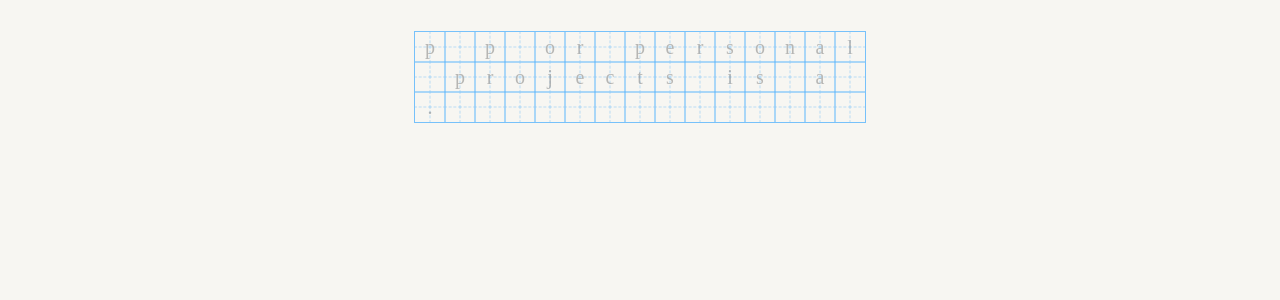
Repository: pyrcl090/p-p
Page: index.html
These files come from the project's save history. The page is drawn as it stood at one moment and after a run of saves; the edit follows.
The browser window is 1280 px wide. The pictures show the whole page.
The page's requests for data from a server got no answer. Some web fonts or font styles are not loaded; a fallback is used.

Above is the page before, as saved 2025-04-19 23:08:43.

### index.html
<!DOCTYPE html>
<html lang="en">
<head>
    <meta charset="UTF-8">
    <meta name="viewport" content="width=device-width, initial-scale=1.0">
    <title>P</title>
    <link rel="stylesheet" href="style.css">
</head>
<body>

    <div class="grid-wrapper">
        <div class="grid-border" id="grid-border">
          <!-- JavaScript will populate .grid-item elements here -->
        </div>
      </div>

        <!-- <div class="grid-wrapper">
          <div class="grid-container"></div>
          <div class="overlay-grid"></div>
        </div> -->

        <script src="script.js" async defer></script>
</body>
</html>

### style.css
@font-face {
  font-family: 'HMP';
  src: url("./assets/hiragino-maru-gothic-pron-w4.otf") format("truetype");
}

a {
  color: rgb(167, 151, 0);
  opacity: .5;
}

html, body {
  background-color: rgb(247, 246, 242);
  margin: 0;
  padding: 0;
  font-family: 'HMP';
}

body {

}

.grid-wrapper {
  padding: 2em;
  display: flex;
  justify-content: flex-start;
  align-items: center;
  flex-direction: column;
  width: 100%;
  min-height: 100vh;
  box-sizing: border-box;
}

.grid-border {
  display: flex;
  flex-direction: column;
  align-items: center;
  gap: 2em;
}

/* Inner container holding grid + overlay */
.grid-wrapper-inner {
  position: relative;
  display: inline-block;
  line-height: 0;
}

/* Grid background */
.grid-columns-rows {
  display: grid;
  grid-template-columns: repeat(15, 30px);
  grid-auto-rows: 30px;
  gap: 0;
  outline: 1px solid rgb(88, 181, 253);
  pointer-events: none;
  z-index: 1;
}

/* Each subcell (quad layout) */
.grid-columns-rows .grid-item {
  display: grid;
  grid-template-columns: repeat(2, 1fr);
  grid-template-rows: repeat(2, 1fr);
  width: 30px;
  height: 30px;
  outline: 0.5px solid rgb(88, 181, 253);
  opacity: 0.6;
}

.sub-cell {
  outline: 0.15px dashed rgb(88, 181, 253);
  opacity: 0.4;
  width: 100%;
  height: 100%;
}

/* Overlaid text */
.grid-content {
  display: grid;
  grid-template-columns: repeat(15, 30px);
  grid-auto-rows: 30px;
  gap: 0;
  position: absolute;
  top: 0;
  left: 0;
  z-index: 2;
}

.overlay-item {
  width: 30px;
  height: 30px;
  font-size: 20px;
  text-align: center;
  display: flex;
  justify-content: center;
  align-items: center;
  font-family: 'HMP';
  color: rgba(113, 113, 113, 0.6);
  line-height: 1;
  white-space: nowrap;
  pointer-events: auto;
}

.grid-image {
  width: 100%;  /* Ensure it fills the available width of the wrapper */
  display: block;  /* Block display to avoid inline issues */
  object-fit: contain;  /* Maintain aspect ratio and fit within the container */
  max-height: calc(30px * 10);  /* Ensure the image doesn't exceed the height of 5 rows */
  margin: 0; /* Remove any default margin */
  opacity: .8;
}

.grid-image-wrapper {
  display: flex;  /* Flexbox enables easy alignment of the image */
  justify-content: center;  /* Default alignment to center, you can change it via JS */
  align-items: center;  /* Vertically center the image */
  width: 100%;  /* Make sure it spans the full width of the grid column */
  height: calc(30px * 5);  /* Ensure it takes up exactly 5 rows in height */
}

.grid-item {
  display: flex;
  flex-direction: column;
  width: fit-content;
  opacity: .8;
}

.grid-item.channel-name {
  cursor: pointer;
}

.grid-item.channel-content {
  display: none;
}
/* .content-separator {
  grid-column: span 15;
  height: 30px;
} */

### script.js

const channels = [
  'p-pp-vz1bkeezvp0',
  'read-re_d-rode',
  'putaiinnnnn'
];

const gridBorder = document.getElementById('grid-border');
const cols = 15;
const cellSize = 30;
let currentlyOpenId = null;
const loadedChannels = new Set();

// Optional menu content
const menuItems = [
  {
    content: "p p or personal projects is a ."
  }
];

function createGridStructure(numItems) {
  const grid = document.createElement('div');
  grid.className = 'grid-columns-rows';
  const rows = Math.ceil(numItems / cols);
  const totalCells = rows * cols;

  for (let i = 0; i < totalCells; i++) {
    const cell = document.createElement('div');
    cell.className = 'grid-item';

    for (let j = 0; j < 4; j++) {
      const sub = document.createElement('div');
      sub.className = 'sub-cell';
      cell.appendChild(sub);
    }

    grid.appendChild(cell);
  }

  return grid;
}

function createOverlayItem(char, isLink = false, href = '') {
  const div = document.createElement('div');
  div.className = 'overlay-item';

  if (isLink) {
    const a = document.createElement('a');
    a.href = href;
    a.target = '_blank';
    a.textContent = char;
    a.style.textDecoration = 'none';
    a.style.color = 'inherit';
    div.appendChild(a);
  } else {
    div.textContent = char;
  }

  return div;
}

function addTextBlock(text, container) {
  for (const char of text) {
    const div = createOverlayItem(char);
    container.appendChild(div);
  }

  const remainder = text.length % cols;
  if (remainder !== 0) {
    for (let i = 0; i < cols - remainder; i++) {
      container.appendChild(document.createElement('div'));
    }
  }
}

function createMenuItem(menuData) {
  const textContent = menuData.content;

  const contentItem = document.createElement('div');
  contentItem.className = 'grid-item channel-content';
  contentItem.style.display = 'block'; // Always visible

  const contentGrid = createGridStructure(textContent.length);
  const contentOverlay = document.createElement('div');
  contentOverlay.className = 'grid-content';

  addTextBlock(textContent, contentOverlay);

  const contentWrapper = document.createElement('div');
  contentWrapper.className = 'grid-wrapper-inner';
  contentWrapper.appendChild(contentGrid);
  contentWrapper.appendChild(contentOverlay);

  contentItem.appendChild(contentWrapper);
  gridBorder.appendChild(contentItem);
}

function fillChannelContent(contentEl, slug) {
  console.log('Fetching content for channel:', slug);
  fetch(`https://api.are.na/v2/channels/${slug}?per=100`)
    .then(res => res.json())
    .then(data => {
      let totalCells = 0;

      if (data.metadata?.description) {
        addTextBlock(data.metadata.description, contentEl);
        totalCells += data.metadata.description.length;
        totalCells += (cols - (data.metadata.description.length % cols)) % cols;
      }

      data.contents.forEach(block => {
        if (block.image?.display?.url) {
          const img = document.createElement('img');
          img.src = block.image.display.url;
          img.className = 'grid-image';
          const colSpan = 15;
          const rowSpan = 10;
          img.style.gridColumn = `span ${colSpan}`;
          img.style.gridRow = `span ${rowSpan}`;
          img.style.justifySelf = Math.random() > 0.5 ? 'flex-start' : 'flex-end';
          contentEl.appendChild(img);
          totalCells += colSpan * rowSpan;
        }

        if (block.file?.url) {
          const fileLink = document.createElement('a');
          fileLink.href = block.file.url;
          fileLink.target = '_blank';
          fileLink.textContent = `View file: ${block.file.name || 'Document'}`;
          contentEl.appendChild(fileLink);
          contentEl.appendChild(document.createElement('br'));
          totalCells += 2;
        }

        const text = block.content || block.title || block.body || '';
        if (text) {
          addTextBlock(text, contentEl);
          totalCells += text.length;
          totalCells += (cols - (text.length % cols)) % cols;
        }
      });

      const rowsNeeded = Math.ceil(totalCells / cols);
      const totalCellsNeeded = rowsNeeded * cols;

      const wrapper = contentEl.closest('.grid-wrapper-inner');
      const oldGrid = wrapper.querySelector('.grid-columns-rows');
      if (oldGrid) oldGrid.remove();

      const newGrid = createGridStructure(totalCellsNeeded);
      wrapper.insertBefore(newGrid, contentEl);

      loadedChannels.add(slug);
      console.log(`Content added for channel: ${slug}`);
    })
    .catch(error => console.error(`Error fetching data for channel ${slug}:`, error));
}

function toggleContent(id, slug) {
  const contentWrapper = document.getElementById(id);
  const contentItem = contentWrapper.closest('.channel-content');

  if (currentlyOpenId && currentlyOpenId !== id) {
    const prevWrapper = document.getElementById(currentlyOpenId);
    const prevItem = prevWrapper?.closest('.channel-content');
    if (prevItem) prevItem.style.display = 'none';
  }

  const isOpen = contentItem.style.display === 'block';

  if (isOpen) {
    contentItem.style.display = 'none';
    currentlyOpenId = null;
  } else {
    contentItem.style.display = 'block';
    currentlyOpenId = id;

    if (!loadedChannels.has(slug)) {
      fillChannelContent(contentWrapper, slug);
    }
  }
}

function createChannelItem(channelData, index) {
  const slug = channelData.slug;
  const title = channelData.title || `Channel ${index + 1}`;
  const contentId = `channel-content-${index}`;

  const nameItem = document.createElement('div');
  nameItem.className = 'grid-item channel-name';

  const grid = createGridStructure(title.length);
  const content = document.createElement('div');
  content.className = 'grid-content';

  for (const char of title) {
    const item = createOverlayItem(char);
    item.style.cursor = 'pointer';
    item.addEventListener('click', () => toggleContent(contentId, slug));
    content.appendChild(item);
  }

  const wrapper = document.createElement('div');
  wrapper.className = 'grid-wrapper-inner';
  wrapper.appendChild(grid);
  wrapper.appendChild(content);
  nameItem.appendChild(wrapper);
  gridBorder.appendChild(nameItem);

  const contentItem = document.createElement('div');
  contentItem.className = 'grid-item channel-content';
  contentItem.style.display = 'none';

  const contentGrid = createGridStructure(200);
  const contentOverlay = document.createElement('div');
  contentOverlay.className = 'grid-content';
  contentOverlay.id = contentId;

  const contentWrapper = document.createElement('div');
  contentWrapper.className = 'grid-wrapper-inner';
  contentWrapper.appendChild(contentGrid);
  contentWrapper.appendChild(contentOverlay);

  contentItem.appendChild(contentWrapper);
  gridBorder.appendChild(contentItem);
}

// Render menu items first
menuItems.forEach((item) => createMenuItem(item));

// Then fetch and render channels
channels.forEach((slug, index) => {
  fetch(`https://api.are.na/v2/channels/${slug}?per=1`)
    .then(res => res.json())
    .then(data => {
      data.slug = slug;
      createChannelItem(data, index);
    });
});

After the next 3 saves:
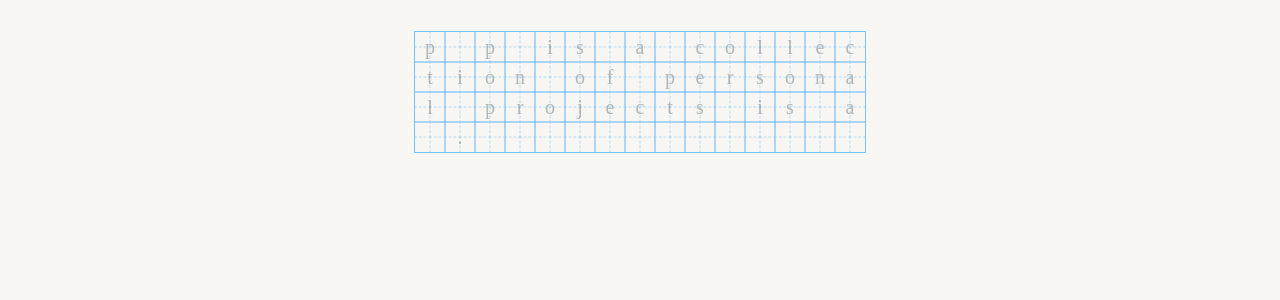
The 3 saves are shown as one change because they came seconds apart.
The last was saved 26 s later.
--- a/script.js
+++ b/script.js
@@ -14,7 +14,7 @@ const loadedChannels = new Set();
 // Optional menu content
 const menuItems = [
   {
-    content: "p p or personal projects is a ."
+    content: "p p is a collection of personal projects is a ."
   }
 ];
 
